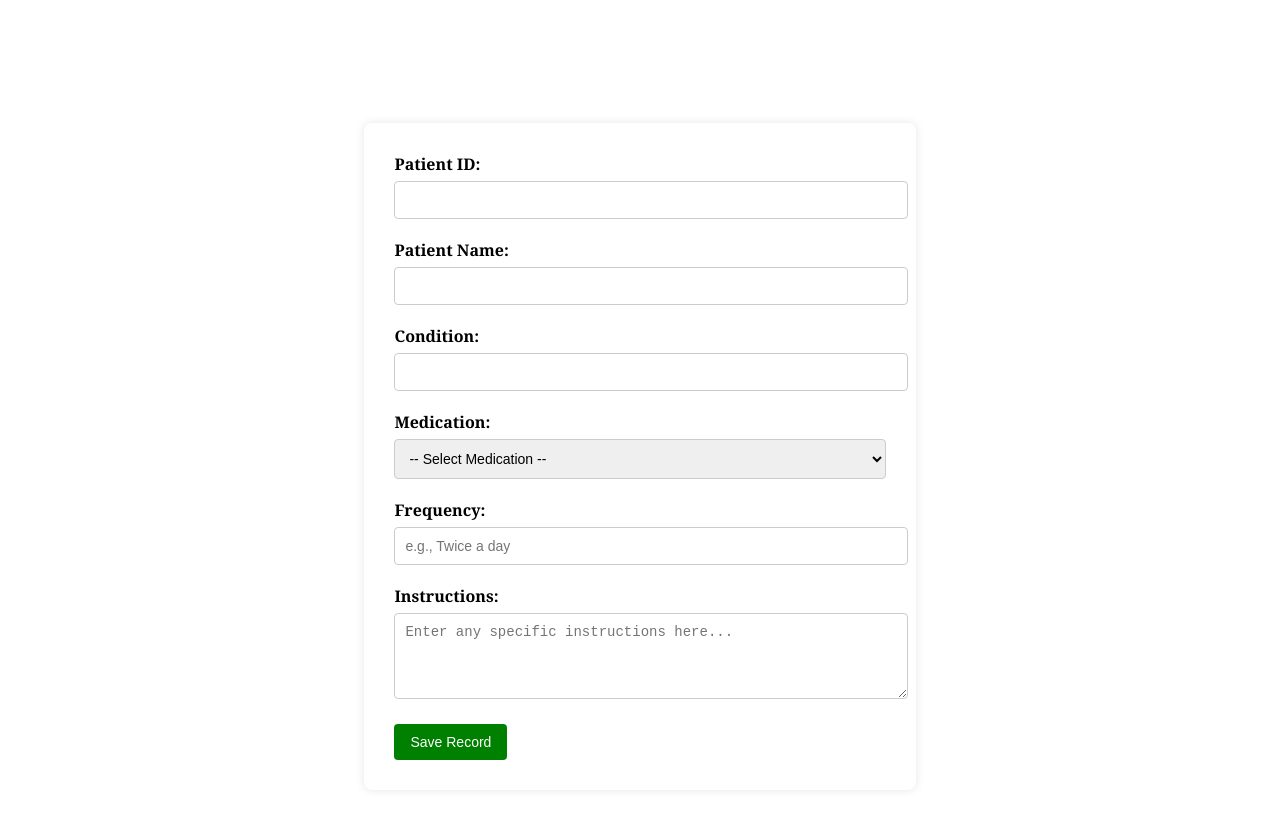
Repository: BinuriJ/HospitalSystem
Page: http://localhost/CyborgSys/DocDashCreate.jsp
An editor plug-in stored every save of this project. The page is shown before and after the next save, followed by the edit.
The browser window is 1280 px wide. The pictures show the whole page.
The page is served by Tomcat 9.

Above is the page before, as saved 2025-05-10 05:50:05.

After the next save:
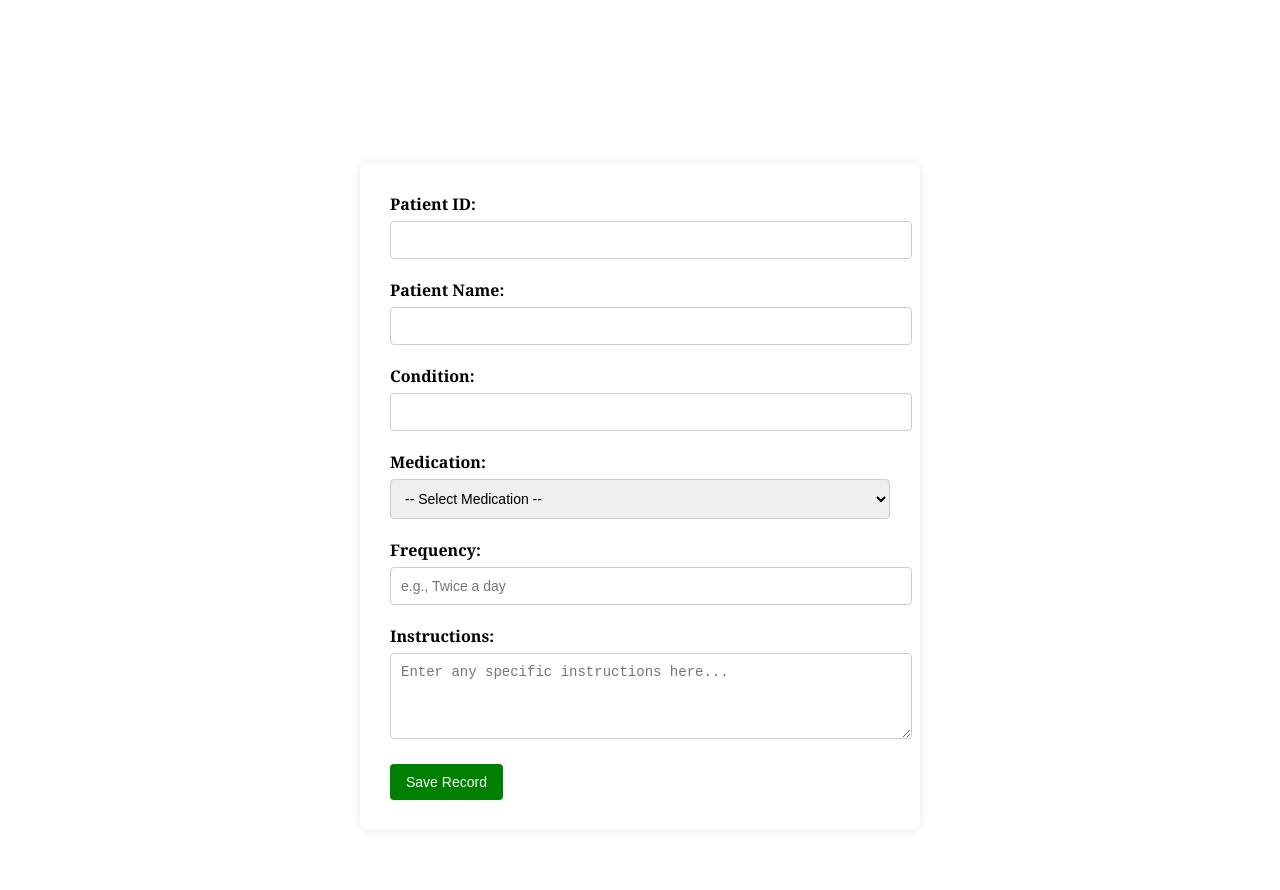
Saved 93 s later.
--- a/CyborgSys/WebContent/DocDashCreate.jsp
+++ b/CyborgSys/WebContent/DocDashCreate.jsp
@@ -13,7 +13,10 @@
 
 <body>
 
-<h2>Create New Patient Record</h2>
+<div class="container">
+    <div class="header">
+        <h2>Patient Records</h2>
+    </div>
 
 <form action="submitRecord.jsp" method="post">
     <label for="patientId">Patient ID:</label>

After the 2 saves that followed:
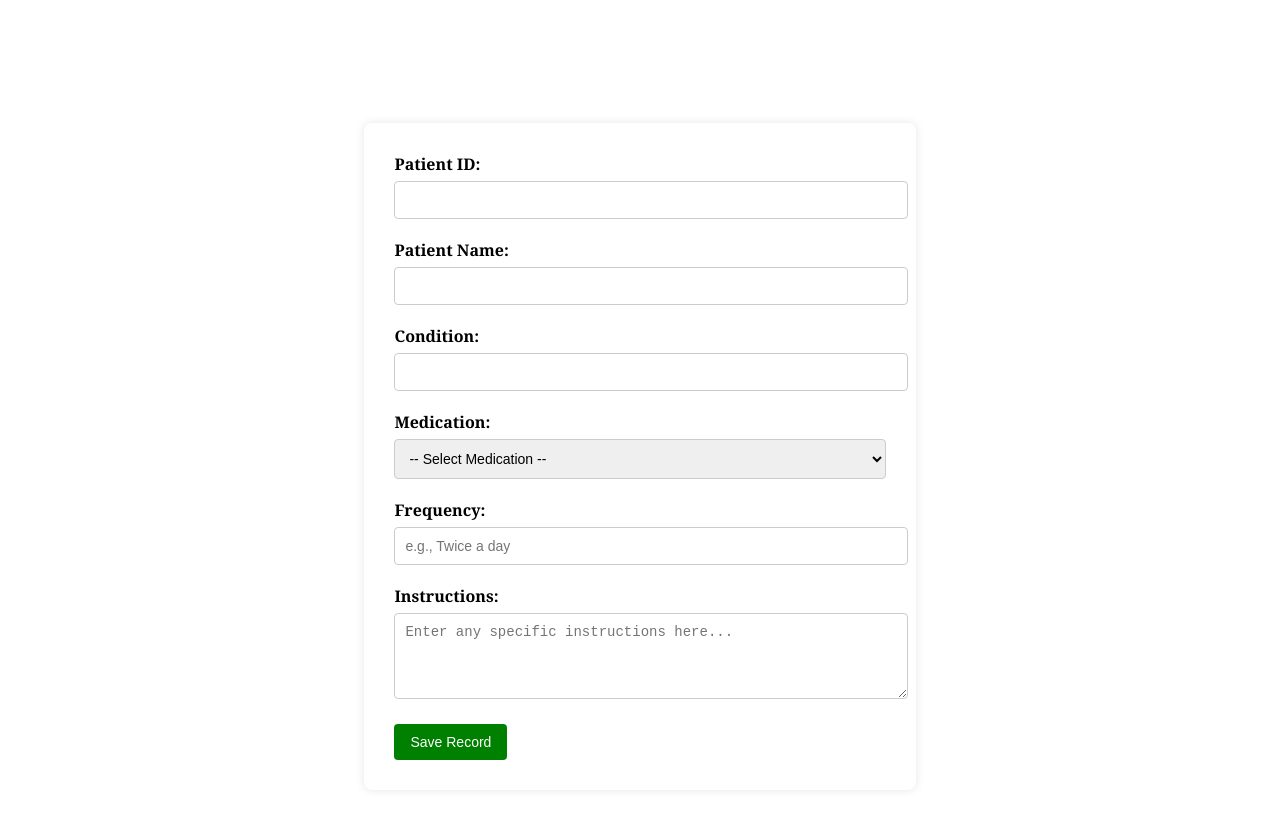
The 2 saves are shown as one change because 1 left the picture as it was.
The last was saved 54 s later.
--- a/CyborgSys/WebContent/DocDashCreate.jsp
+++ b/CyborgSys/WebContent/DocDashCreate.jsp
@@ -13,10 +13,7 @@
 
 <body>
 
-<div class="container">
-    <div class="header">
-        <h2>Patient Records</h2>
-    </div>
+<h2>Create New Patient Record</h2>
 
 <form action="submitRecord.jsp" method="post">
     <label for="patientId">Patient ID:</label>
